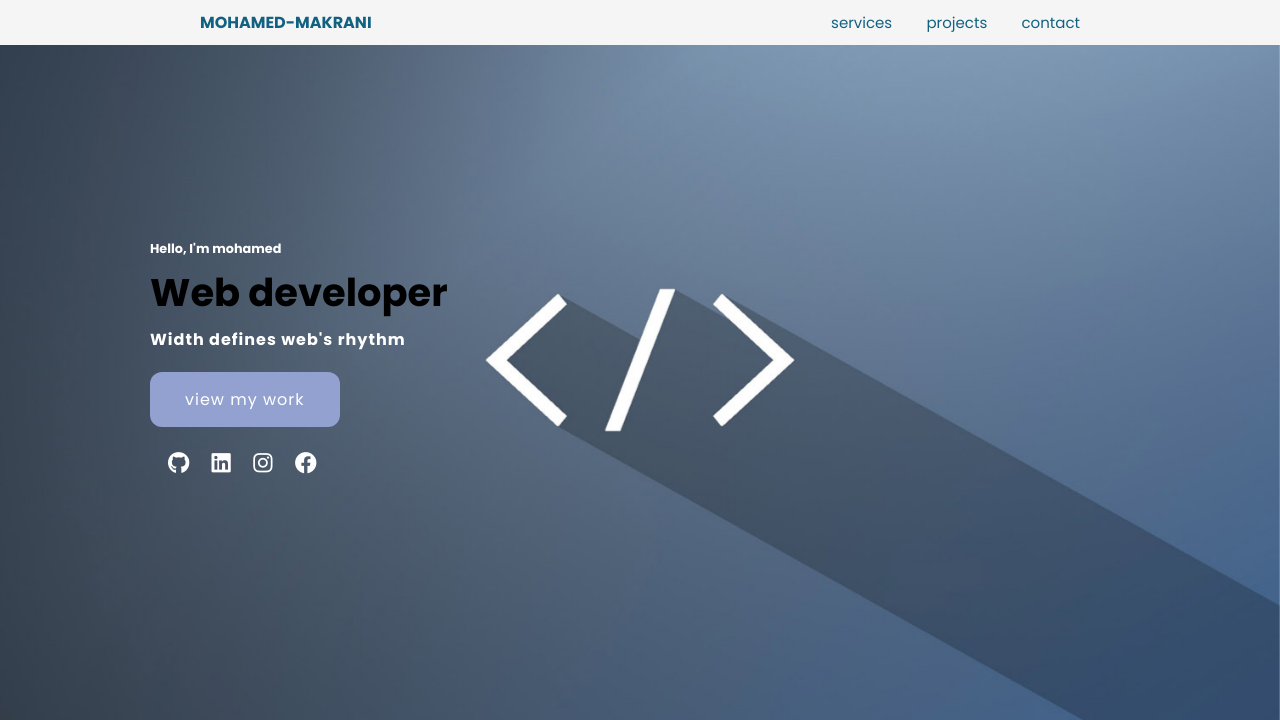
Repository: mohamed-makrani/Portfolio
Page: indixe.html
These files come from the project's save history. The page is drawn as it stood at one moment and after the next save; the edit follows.
The browser window is 1280 px wide. The pictures show the whole page.

Above is the page before, as saved 2023-09-16 16:22:36.

### indixe.html
<!DOCTYPE html>
<html lang="en">
<head>
    <meta charset="UTF-8">
    <meta name="descreption" content="makrani-mohamed/portfilio"/>
    <title>Mohamed-makrani</title>
    <link rel="stylesheet" href="https://cdnjs.cloudflare.com/ajax/libs/font-awesome/6.4.2/css/all.min.css"/>
    <link  rel="stylesheet" href="style.css" />
</head>
<body>
    <header>
        <a class="logo" href="#" >Mohamed-makrani</a>
        <nav class="navigation">
            <a href="#" >services</a>
            <a href="#" > projects</a>
            <a href="#"> contact </a>

        </nav>
    </header>
    <section class="main">
        <div>
            <h6>Hello, I'm mohamed </h6>
            <h1>Web developer</h1>
            <h4>Width defines web's rhythm</h4>
        <a href="#" class="main-button">view my work</a>
        <div class="social-media">
            <a href="#" ><i class="fa-brands fa-github"></i></a>
            <a href="#" ><i class="fa-brands fa-linkedin"></i></a>
            <a href="#"><i class="fa-brands fa-instagram"></i></a>
            <a href="#"><i class="fa-brands fa-facebook"></i></a>
        </div>
        </div>















    </section>





















</body>
</html>

### style.css
@import url('https://fonts.googleapis.com/css2?family=Poppins:ital,wght@0,200;0,300;0,400;0,500;0,600;0,700;0,800;0,900;1,100;1,200;1,300;1,400;1,500;1,600;1,700;1,800;1,900&display=swap');

*{

    font-family: 'Poppins', sans-serif;
    margin: 0;
    padding: 0;
    box-sizing: border-box;
    scroll-behavior: smooth;
}
 header{

    background-color: #f5f5f5;
    width: 100%;
    position: fixed;
    display: flex;
    z-index: 999;
    justify-content: space-between;
    align-items: center;
    padding: 10px 200px;

 }
 .logo {
    /* default is 16 px */

    text-decoration: none;
    font-size: 16px;
    color: #126180;
    text-transform: uppercase;
    font-weight: 700;
 }
 .navigation a{
    color: #126180;
    font-size: 15px;
    font-weight: 500px;
    text-decoration: none;
    padding-left:  30px;

 }
.navigation a:hover {

color: rgb(83, 15, 146);
}
 section {

   padding: 100px 150px;
 }
 .main{

   width: 100%;
   min-height: 100vh;
   display: flex;
   align-items: center;
   background:url(backround.jpg) no-repeat;
   background-size: cover;
   background-position:center ;
   background-attachment: fixed;

 }
 .main h6 {

   color: white;
   font-weight:500px ;
   font-size: 0.8em;


 }

 .main h1 {

   color:##5072a7;
   font-size: 2.4em;
   font-weight: 500px;
   margin-top: 6px;
 }
 .main h4 {

   color: white;
   font-size: 1em;
   font-weight: 500px;
   margin-top: 6px;
   margin-bottom: 20px;
   letter-spacing:1px;
 }
.main-button {

color : white;
text-decoration: none;
background-color: #92a1cf;
letter-spacing : 1px;
font-size: 1em;
font-weight: 600px;
display: inline-block;
padding: 0.935em 2.187em;
border-radius: 12px;
margin-bottom: 20px;
transition: 0.7s ease;

}
.main-button :hover{
   background-color:#545aa7;
   transform: scale(1.1);
}
.social-media a{

   color: white;
   font-size: 22px;
   padding-left: 18px;

}

After the next save:
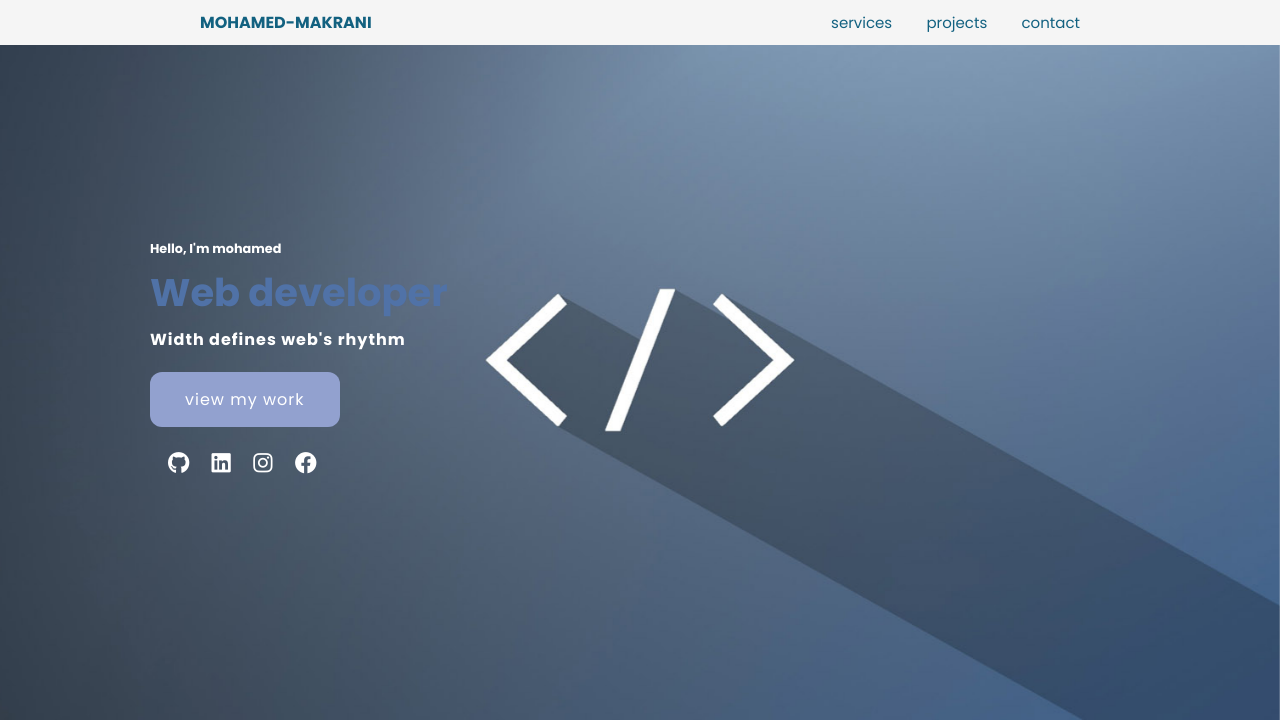
Saved 4 s later.
--- a/style.css
+++ b/style.css
@@ -68,7 +68,7 @@ color: rgb(83, 15, 146);
 
  .main h1 {
 
-   color:##5072a7;
+   color:#5072a7;
    font-size: 2.4em;
    font-weight: 500px;
    margin-top: 6px;
